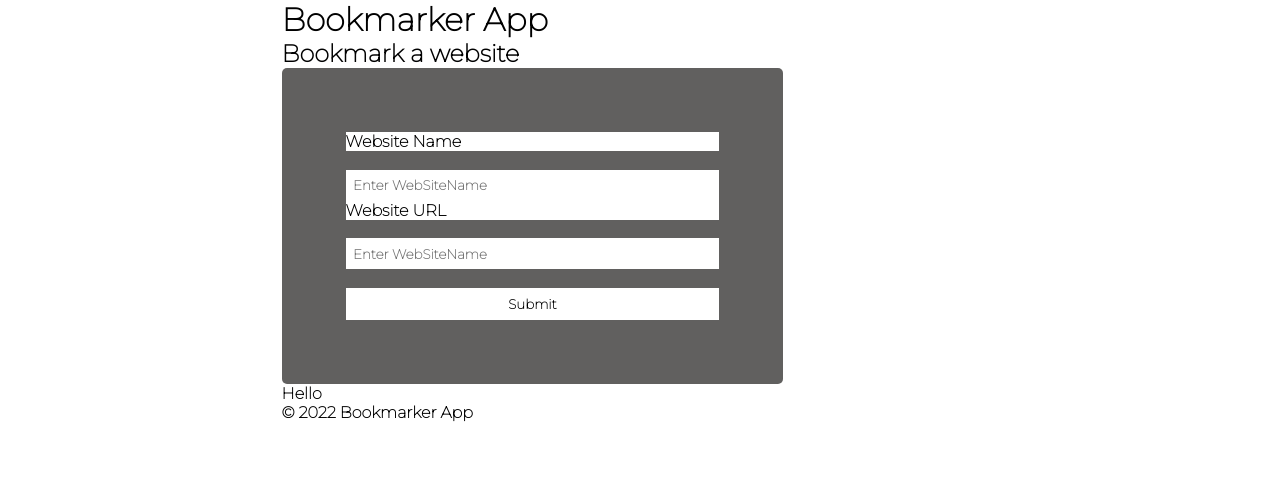
Repository: Suporl9/BookMarkerApp
Page: index.html
An editor plug-in stored every save of this project. The page is shown before and after the next save, followed by the edit.
The browser window is 1280 px wide. The pictures show the whole page.

Above is the page before, as saved 2021-11-21 20:44:42.

After the next save:
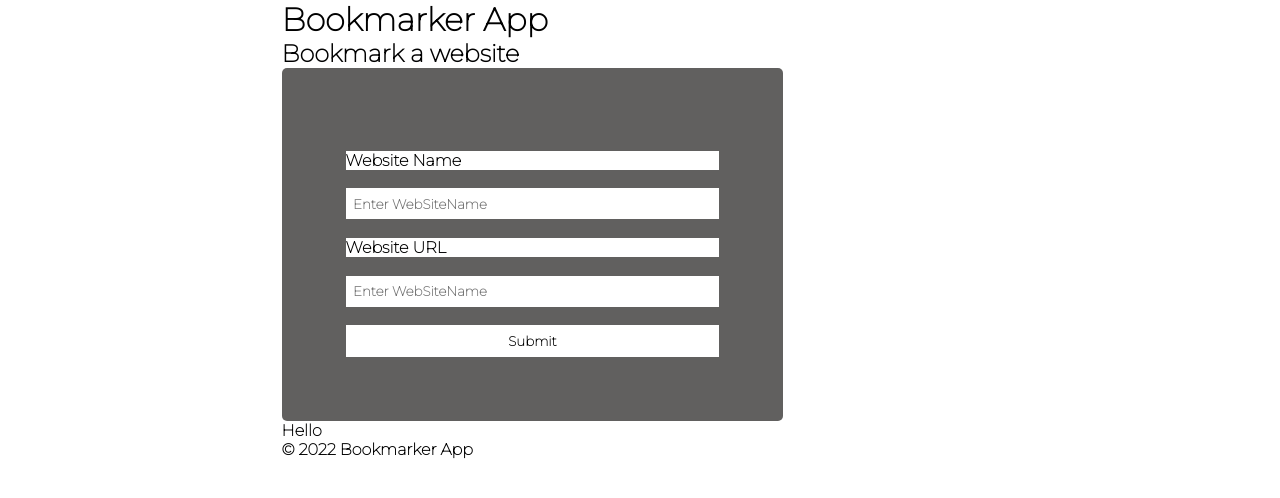
Saved 33 s later.
--- a/style.css
+++ b/style.css
@@ -40,6 +40,9 @@
   margin-top: 5%;
   padding: 2%;
 }
+.labc {
+  margin-top: 5%;
+}
 /* .formSec,
 .sitesec {
   display: flex;
